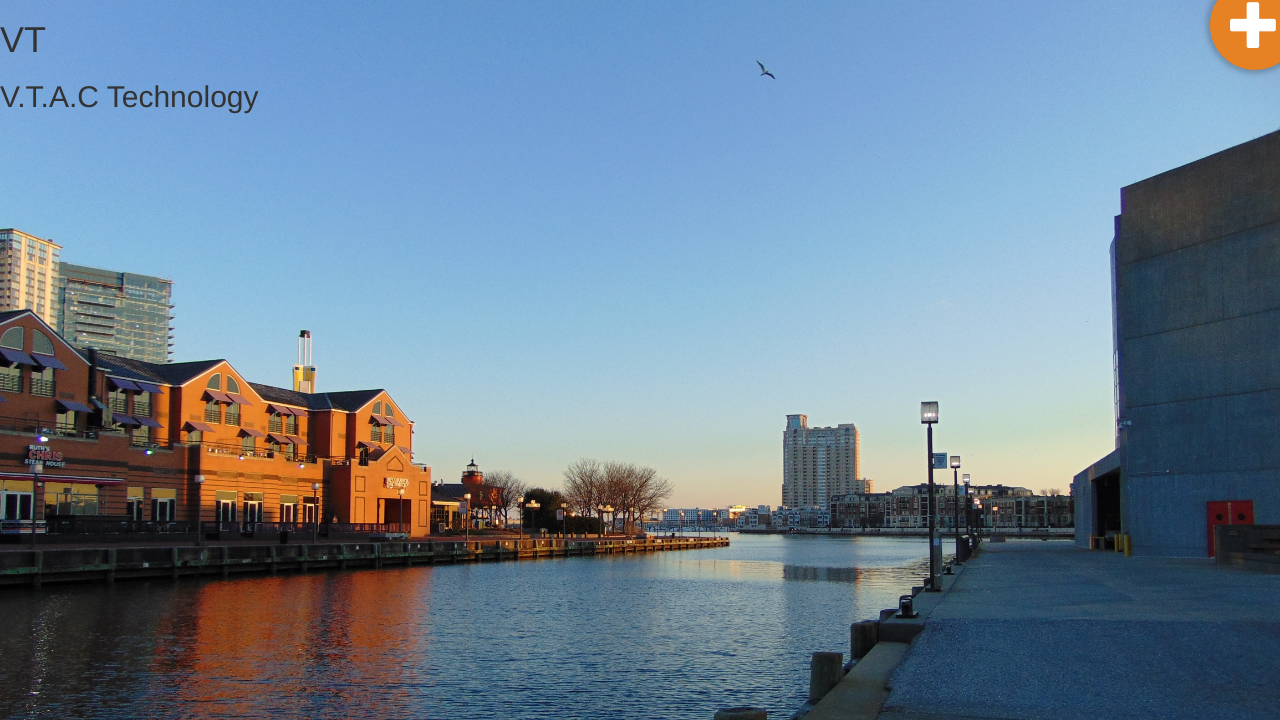
Repository: danidark9312/vtac
Page: http://localhost/vtacTechnology/
These files come from the project's save history. The page is drawn as it stood at one moment and after the next save; the edit follows.
The browser window is 1280 px wide. The pictures show the whole page.
The page is served by Tomcat 9.

Above is the page before, as saved 2017-01-30 17:16:31.
Console error (its wording comes from the project's code and is left out).

After the next save:
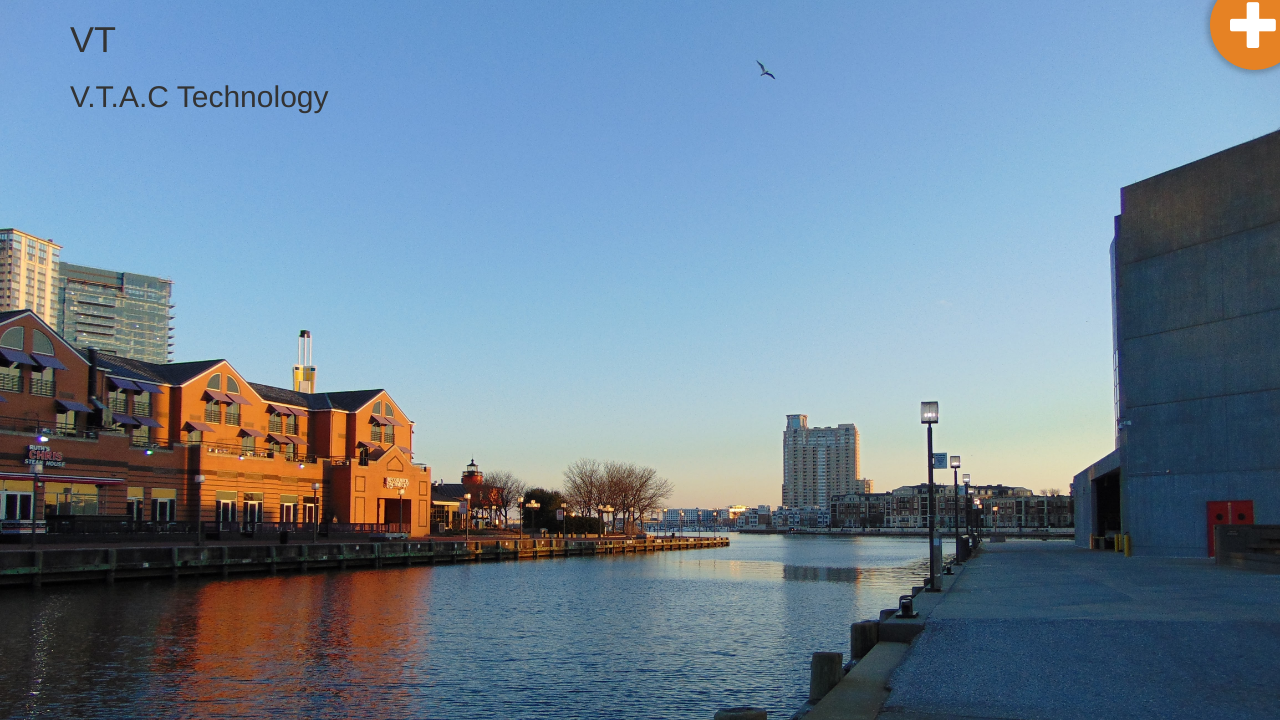
Saved 77 s later.
--- a/vtacTechnology/WebContent/index.jsp
+++ b/vtacTechnology/WebContent/index.jsp
@@ -26,12 +26,17 @@
 	</div>
 
 </div>
+	<div class="container">
+		<div class="row">
+			<div class="col-md-6">
+				<div class="mainLogo">
+					<h1>VT</h1>
+					<h2>V.T.A.C Technology</h2>
 
-<div class="mainLogo">
-<h1>VT</h1>
-<h2>V.T.A.C Technology</h2>
-
-</div>
+				</div>
+			</div>
+		</div>
+	</div>
 
 
 </body>
